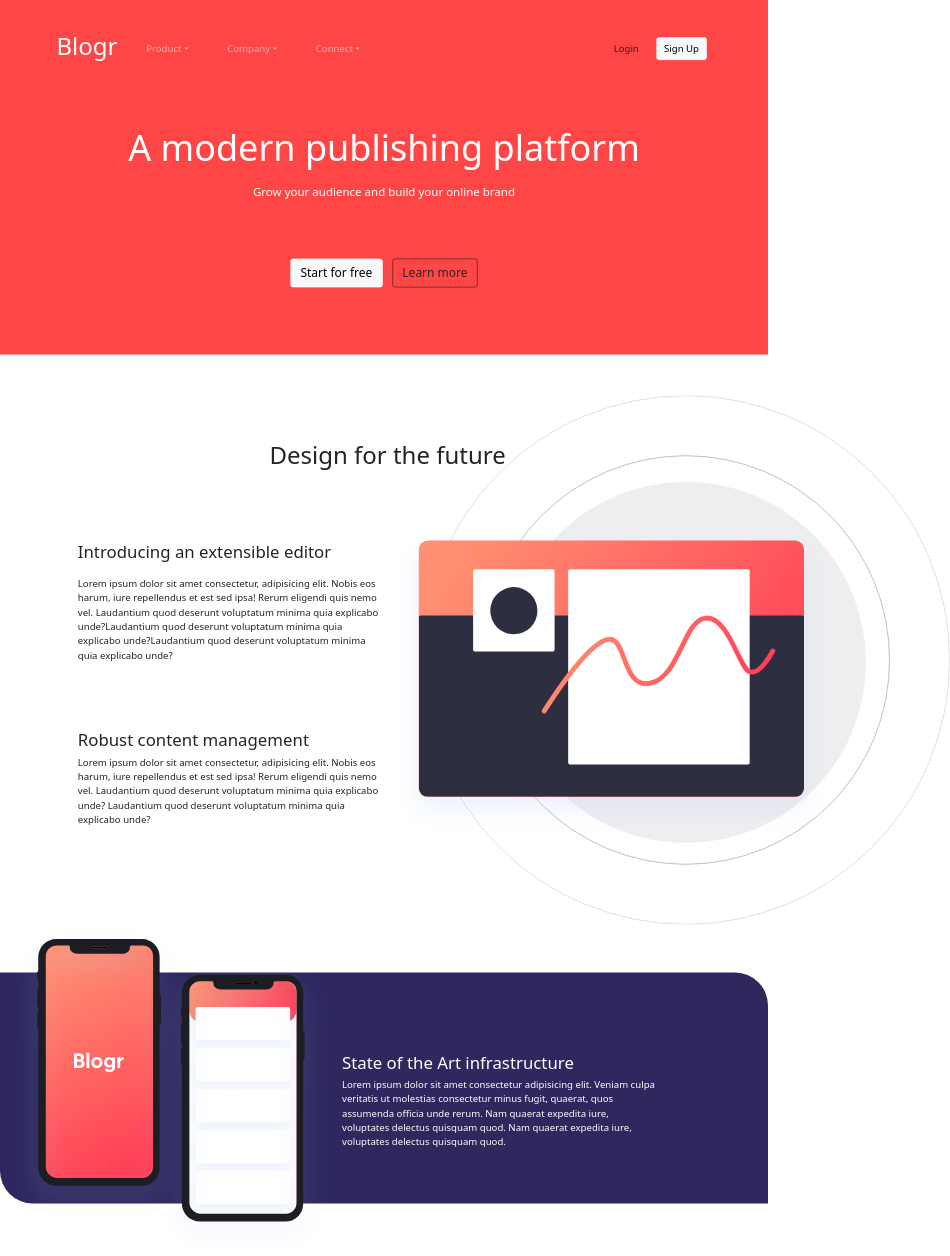
Repository: badhon252/blogr-landing-page
Page: /
These files come from the project's save history. The page is drawn as it stood at one moment and after the next save; the edit follows.
The browser window is 1280 px wide. The page is 1583 px wide, so the pictures cover 1583 px, including what lies to the right of the window. The pictures show the whole page, at 60% of full size.
The project was rebuilt for these pictures with package versions that can differ from the ones it lists, and the page was loaded fresh each time.

Above is the page before, as saved 2022-01-18 21:01:59.

### public/index.html
<!DOCTYPE html>
<html lang="en">

<head>
  <meta charset="utf-8" />
  <link rel="icon" href="%PUBLIC_URL%/favicon.ico" />
  <meta name="viewport" content="width=device-width, initial-scale=1" />
  <meta name="theme-color" content="#000000" />
  <meta name="description" content="Web site created using create-react-app" />
  <link rel="apple-touch-icon" href="%PUBLIC_URL%/logo192.png" />

  <link rel="manifest" href="%PUBLIC_URL%/manifest.json" />
  <!-- Bootstrap css  -->
  <link href="https://cdn.jsdelivr.net/npm/bootstrap@5.1.3/dist/css/bootstrap.min.css" rel="stylesheet"
    integrity="sha384-1BmE4kWBq78iYhFldvKuhfTAU6auU8tT94WrHftjDbrCEXSU1oBoqyl2QvZ6jIW3" crossorigin="anonymous">


  <title>Blogr</title>
</head>

<body>
  <noscript>You need to enable JavaScript to run this app.</noscript>
  <div id="root"></div>

  <!-- Bootstrap js  -->
  <script src="https://cdn.jsdelivr.net/npm/bootstrap@5.1.3/dist/js/bootstrap.bundle.min.js"
    integrity="sha384-ka7Sk0Gln4gmtz2MlQnikT1wXgYsOg+OMhuP+IlRH9sENBO0LRn5q+8nbTov4+1p"
    crossorigin="anonymous"></script>

</body>

</html>

### src/App.js
import Maincomp from "./components/MainComp";

function App() {
  return (
    <div className="App">
      <Maincomp />
    </div>
  );
}

export default App;

### src/components/MainComp.js
import React from "react";
import Fact from "./Facility/Fact";
import Header from "./Header/Header";
import Intro from "./Intro/Intro";

const Maincomp = () => {
  return (
    <div>
      <Header />
      <Intro />
      <Fact />
    </div>
  );
};

export default Maincomp;

### src/components/Facility/Fact.js
import React from "react";
import phones from "../../images/illustration-phones.svg";
export default function Fact() {
  return (
    <div className=" fact">
      <div className="row container">
        <div className="col-md-6">
          <img className="w-100 fact-img" src={phones} alt="Phone images" />
        </div>
        <div className="col-md-6 py-5 fact-params">
          <h3>State of the Art infrastructure</h3>
          <p>
            Lorem ipsum dolor sit amet consectetur adipisicing elit. Veniam
            culpa veritatis ut molestias consectetur minus fugit, quaerat, quos
            assumenda officia unde rerum. Nam quaerat expedita iure, voluptates
            delectus quisquam quod. Nam quaerat expedita iure, voluptates
            delectus quisquam quod.
          </p>
        </div>
      </div>
    </div>
  );
}

### src/components/Header/Header.js
import React from "react";
import Nav from "./Nav";
import "../styles/index.css";
import HeaderContent from "./HeaderContent";

export default function Header() {
  return (
    <div className="header">
      <div className="container">
        <Nav />
        <HeaderContent />
      </div>
    </div>
  );
}

### src/components/Intro/Intro.js
import React from "react";
import MobileLogo from "../../images/illustration-editor-desktop.svg";
import "../styles/index.css";

export default function Intro() {
  return (
    <div className="container-fluid">
      <div className="row ms-auto pt-5 mt-5">
        <h1 className="intro-h1 py-5">Design for the future</h1>
        <div className="col-md-1"></div>
        <div className="col-md-5">
          <div className=" py-5">
            <h3 className="py-3">Introducing an extensible editor</h3>
            <p>
              Lorem ipsum dolor sit amet consectetur, adipisicing elit. Nobis
              eos harum, iure repellendus et est sed ipsa! Rerum eligendi quis
              nemo vel. Laudantium quod deserunt voluptatum minima quia
              explicabo unde?Laudantium quod deserunt voluptatum minima quia
              explicabo unde?Laudantium quod deserunt voluptatum minima quia
              explicabo unde?
            </p>
          </div>
          <div className="py-5">
            <h3>Robust content management</h3>
            <p>
              Lorem ipsum dolor sit amet consectetur, adipisicing elit. Nobis
              eos harum, iure repellendus et est sed ipsa! Rerum eligendi quis
              nemo vel. Laudantium quod deserunt voluptatum minima quia
              explicabo unde? Laudantium quod deserunt voluptatum minima quia
              explicabo unde?
            </p>
          </div>
        </div>
        <div className="col-md-6 intro-img">
          <img src={MobileLogo} alt="This is MobileLogo svg img"></img>
          <div></div>
        </div>
      </div>
    </div>
  );
}

### src/components/Header/Nav.js
import React from "react";
import "../styles/index.css";
const Nav = () => {
  return (
    <div>
      <nav className="navbar navbar-expand-lg navbar-dark py-5">
        <div className="container-fluid">
          <a className="navbar-brand" href="/">
            <h1>Blogr</h1>
          </a>
          <button
            className="navbar-toggler"
            type="button"
            data-bs-toggle="collapse"
            data-bs-target="#navbarSupportedContent"
            aria-controls="navbarSupportedContent"
            aria-expanded="false"
            aria-label="Toggle navigation"
          >
            <span className="navbar-toggler-icon"></span>
          </button>
          <div className="collapse navbar-collapse" id="navbarSupportedContent">
            <ul className="navbar-nav mb-2 mb-lg-0">
              <li className="nav-item dropdown px-4">
                <a
                  className="nav-link dropdown-toggle"
                  href="/"
                  id="navbarDropdown"
                  role="button"
                  data-bs-toggle="dropdown"
                  aria-expanded="false"
                >
                  Product
                </a>
                <ul className="dropdown-menu" aria-labelledby="navbarDropdown">
                  <li>
                    <a className="dropdown-item" href="/">
                      Action
                    </a>
                  </li>
                  <li>
                    <a className="dropdown-item" href="/">
                      Another action
                    </a>
                  </li>
                  <li>
                    <hr className="dropdown-divider" />
                  </li>
                  <li>
                    <a className="dropdown-item" href="/">
                      Something else here
                    </a>
                  </li>
                </ul>
              </li>{" "}
              <li className="nav-item dropdown px-4">
                <a
                  className="nav-link dropdown-toggle"
                  href="/"
                  id="navbarDropdown"
                  role="button"
                  data-bs-toggle="dropdown"
                  aria-expanded="false"
                >
                  Company
                </a>
                <ul className="dropdown-menu" aria-labelledby="navbarDropdown">
                  <li>
                    <a className="dropdown-item" href="/">
                      Action
                    </a>
                  </li>
                  <li>
                    <a className="dropdown-item" href="/">
                      Another action
                    </a>
                  </li>
                  <li>
                    <hr className="dropdown-divider" />
                  </li>
                  <li>
                    <a className="dropdown-item" href="/">
                      Something else here
                    </a>
                  </li>
                </ul>
              </li>{" "}
              <li className="nav-item dropdown px-4">
                <a
                  className="nav-link dropdown-toggle"
                  href="/"
                  id="navbarDropdown"
                  role="button"
                  data-bs-toggle="dropdown"
                  aria-expanded="false"
                >
                  Connect
                </a>
                <ul className="dropdown-menu" aria-labelledby="navbarDropdown">
                  <li>
                    <a className="dropdown-item" href="/">
                      Action
                    </a>
                  </li>
                  <li>
                    <a className="dropdown-item" href="/">
                      Another action
                    </a>
                  </li>
                  <li>
                    <hr className="dropdown-divider" />
                  </li>
                  <li>
                    <a className="dropdown-item" href="/">
                      Something else here
                    </a>
                  </li>
                </ul>
              </li>
            </ul>
            {/* login & sign-up */}
            <ul className="navbar-nav ms-auto">
              <li className="nav-login">
                <a className="nav-link" href="/">
                  <button type="button" class="btn">
                    Login
                  </button>
                </a>
              </li>{" "}
              <li className="nav-signup">
                <a className="nav-link" href="/">
                  <button type="button" class="btn btn-light">
                    Sign Up
                  </button>
                </a>
              </li>
            </ul>
          </div>
        </div>
      </nav>
    </div>
  );
};

export default Nav;

### src/components/styles/index.css
.header {
  background-color: rgb(255, 70, 70);
  color: rgb(255, 255, 255);
  /* clip-path: circle(73.8% at 63% 38%); */
}
/* .header-nav {
  color: #fff;

} */
/* .singup,
.login {
  color: aliceblue;
} */

.header-param {
  text-align: center;
}
.header-param h1 {
  font-size: 60px;
}
.header-param p {
  font-size: 1.2rem;
}
/* .header-param .h-btn {
  -webkit-border-radius: 28;
  -moz-border-radius: 28;
  border-radius: 28px;
  font-family: Arial;
  color: #000000;
  font-size: 20px;
  background: #f5f5f5;
  padding: 10px 20px 10px 20px;
  text-decoration: none;
} */

/* Intro ======= */
.intro-h1 {
  text-align: center;
}
.intro-img {
  /* max-width: 100%; */
  margin-top: -180px;
}

/* facility ========== */
.fact {
  margin-top: 80px;
  background-color: rgb(46, 40, 94);
  color: white;
  height: 385px;
  border-radius: 0px 55px 0px 55px;
  border: 0px solid #800000;
}
.fact-params {
  margin-top: 85px;
}
.fact-img {
  margin-top: -75px;
}

### src/components/Header/HeaderContent.js
import React from "react";
import "../styles/index.css";
export default function HeaderContent() {
  return (
    <div>
      <div className="py-5 header-param">
        <h1 className="">A modern publishing platform</h1>
        <p className="header-p py-3 ">
          Grow your audience and build your online brand
        </p>
        {/* btn  */}
        <div className="px-5 py-5">
          <button type="button" class="btn btn-lg btn-light me-3 my-3">
            Start for free
          </button>
          <button type="button" class="btn btn-lg btn-outline-dark">
            Learn more
          </button>
        </div>
      </div>
    </div>
  );
}

Loaded but not shown: src/index.js (common file); src/reportWebVitals.js (common file)

After the next save:
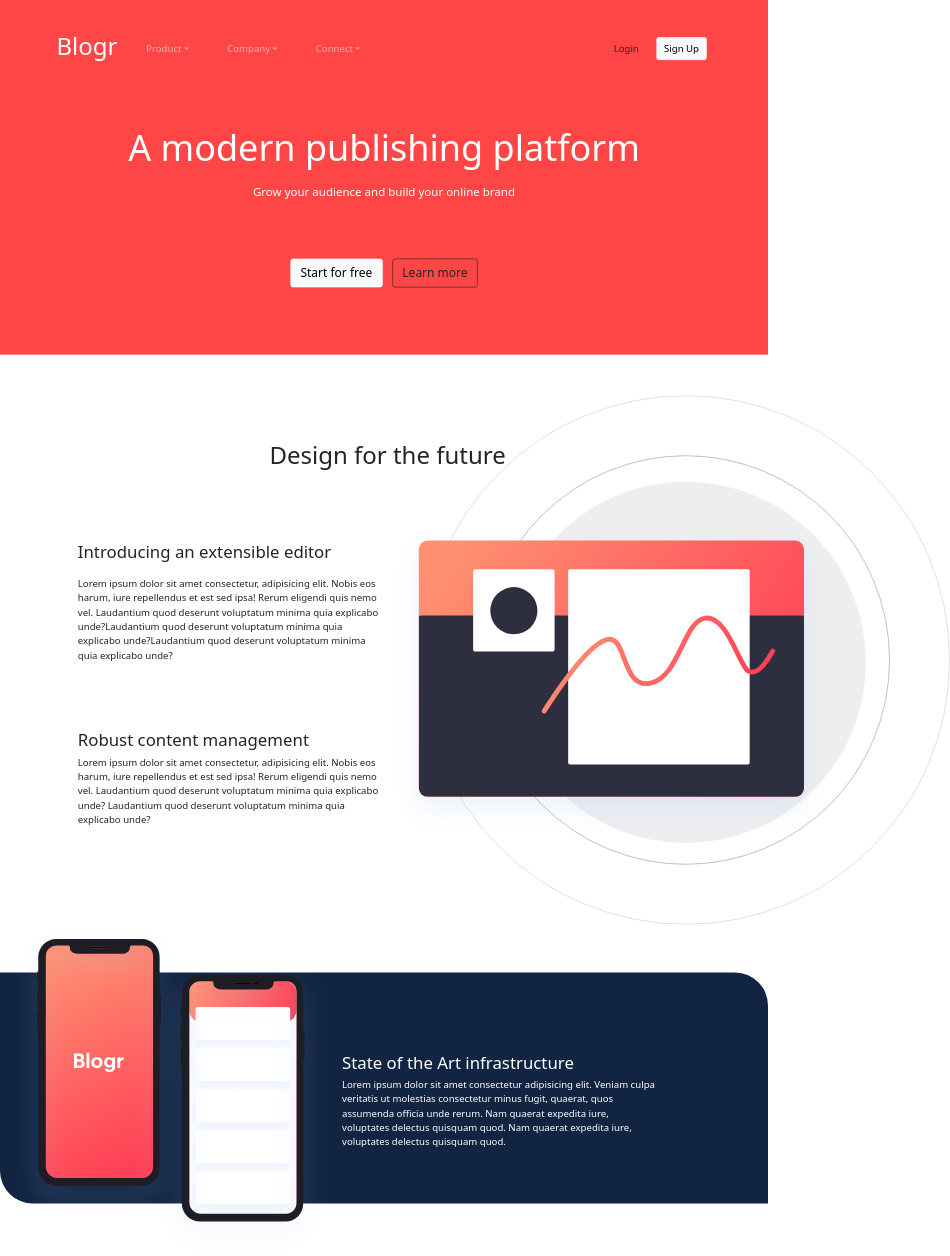
Saved 92 s later.
--- a/src/components/styles/index.css
+++ b/src/components/styles/index.css
@@ -45,7 +45,7 @@
 /* facility ========== */
 .fact {
   margin-top: 80px;
-  background-color: rgb(46, 40, 94);
+  background-color: rgb(17, 37, 67);
   color: white;
   height: 385px;
   border-radius: 0px 55px 0px 55px;
